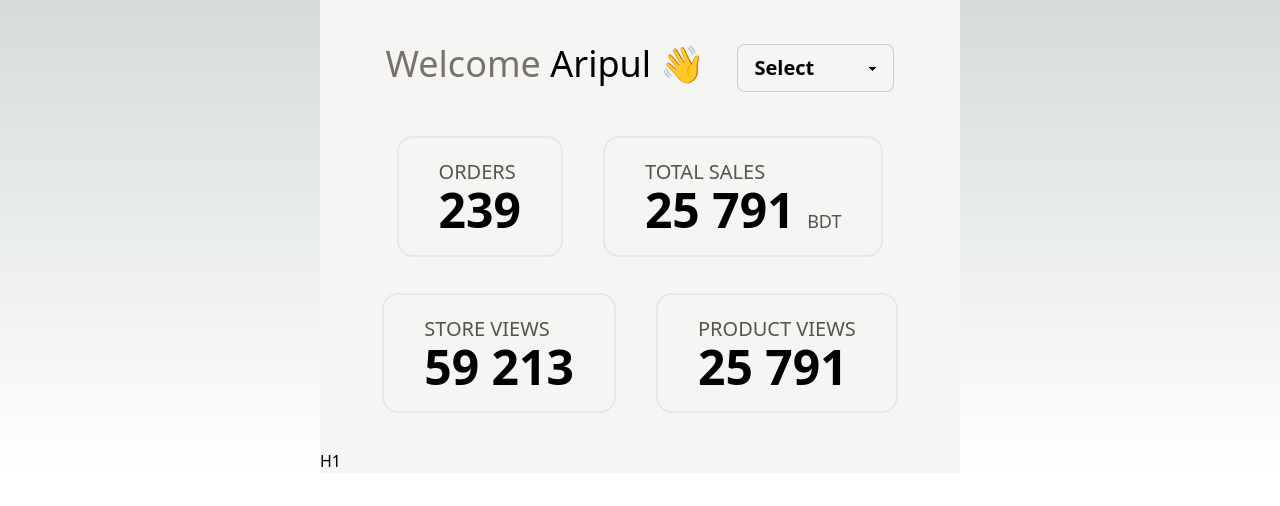
Repository: mehedi9465/nextapp
Page: /Dashboard
These files come from the project's save history. The page is drawn as it stood at one moment and after a run of saves; the edit follows.
The browser window is 1280 px wide. The pictures show the whole page.
The project was rebuilt for these pictures with package versions that can differ from the ones it lists, and the page was loaded fresh each time. The framework's server and built-in components were replaced by stand-ins that run in the browser. Also part of the build but not shown: next.config.js, Components/Navbar.js.

Above is the page before, as saved 2023-03-04 15:52:11.

### pages/Dashboard/index.js
import Navbar from "@/Components/Navbar";
import Link from "next/link";
import React from "react";

const index = () => {
  return (
    <>
      {/* <Navbar></Navbar> */}

      <div className="max-w-screen-sm mx-auto bg-stone-100 text-black overflow-hidden">
        <div className="flex justify-center py-2 my-9">
          <p className="text-4xl mx-4">
            <span className="text-stone-500">Welcome</span> Aripul 👋
          </p>
          <select className="select select-bordered text-xl max-w-xs bg-stone-100 outline-0 mx-4">
            <option disabled selected>
              Select
            </option>
            <option>Today</option>
            <option>Yesterday</option>
          </select>
        </div>
        <div className="flex justify-center my-9">
          <div className="border-2 rounded-2xl justify-start mx-5 px-10 py-5">
            <p className="uppercase text-stone-600 font-normal text-xl">
              Orders
            </p>
            <p className="text-5xl font-bold">239</p>
          </div>
          <div className="border-2 rounded-2xl justify-start mx-5 px-10 py-5 text-left">
            <p className="uppercase text-stone-600 font-normal text-xl">
              Total Sales
            </p>
            <p className="text-5xl font-bold">
              25 791{" "}
              <span className="text-stone-600 font-medium text-lg">BDT</span>
            </p>
          </div>
        </div>
        <div className="flex justify-center my-9">
          <div className="border-2 rounded-2xl justify-start mx-5 px-10 py-5">
            <p className="uppercase text-stone-600 font-normal text-xl">
              Store views
            </p>
            <p className="text-5xl font-bold">59 213</p>
          </div>
          <div className="border-2 rounded-2xl justify-start mx-5 px-10 py-5 text-left">
            <p className="uppercase text-stone-600 font-normal text-xl">
              Product views
            </p>
            <p className="text-5xl font-bold">25 791</p>
          </div>
              </div>
              <div>
                  H1
              </div>
      </div>
    </>
  );
};

export default index;

Loaded but not shown: pages/_app.js (common file); pages/_document.js (common file); styles/globals.css (common file); tailwind.config.js (common file)

After the next 4 saves:
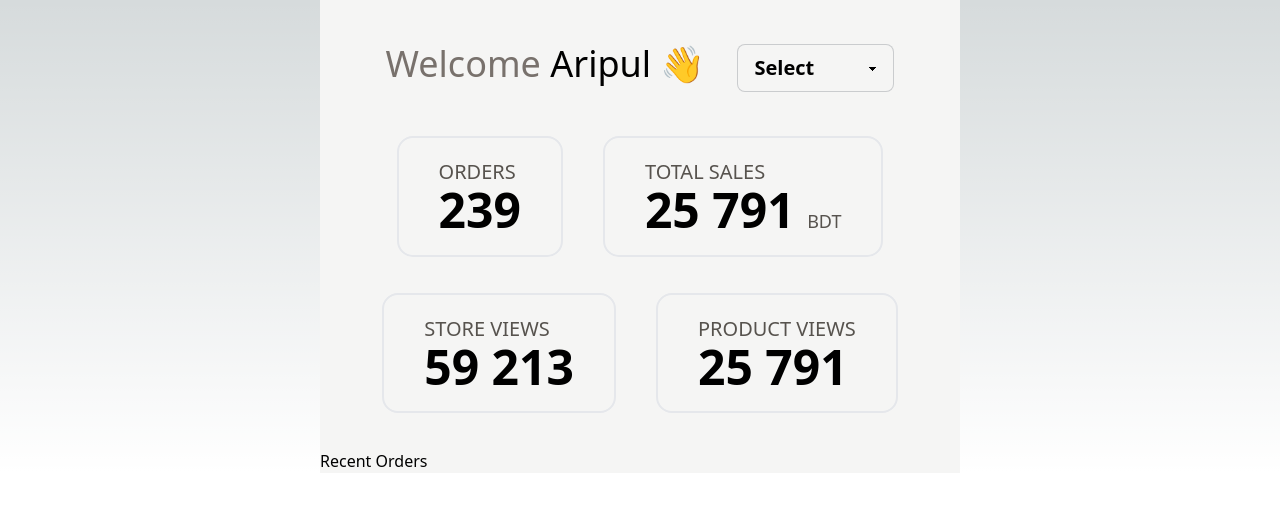
The 4 saves are shown as one change because they came seconds apart.
The last was saved 13 s later.
--- a/pages/Dashboard/index.js
+++ b/pages/Dashboard/index.js
@@ -50,10 +50,10 @@ const index = () => {
             </p>
             <p className="text-5xl font-bold">25 791</p>
           </div>
-              </div>
-              <div>
-                  H1
-              </div>
+        </div>
+        <div>
+          <h1>Recent Orders</h1>
+        </div>
       </div>
     </>
   );
